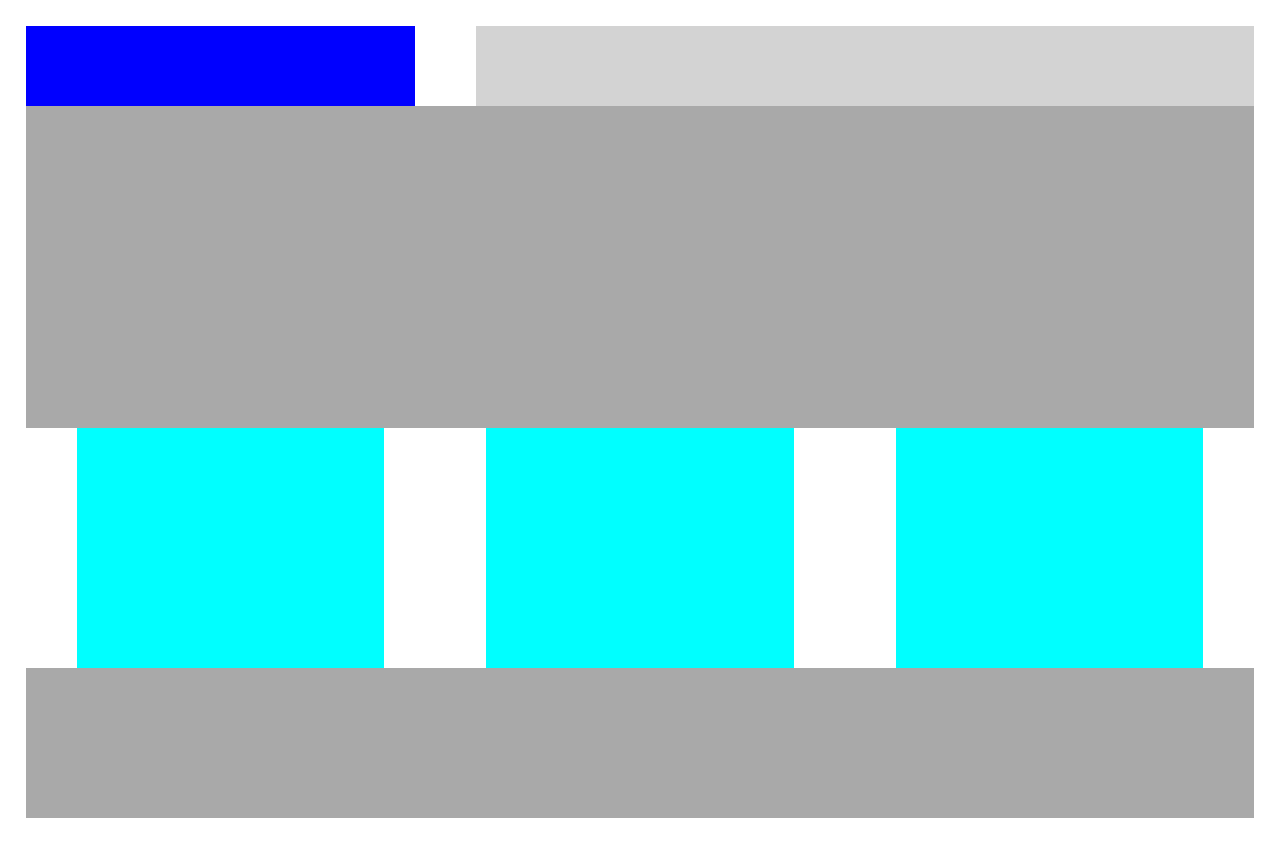
Repository: punitbathija/Placement-Assitance-iNeuron
Page: responsive-web-design.html
The author's editor kept a copy of each file at every save. The page is drawn from the files as they stood at one save, then again after a run of saves.
The browser window is 1280 px wide. The pictures show the whole page.

Above is the page before, as saved 2023-05-23 15:30:15.

After the next 2 saves:
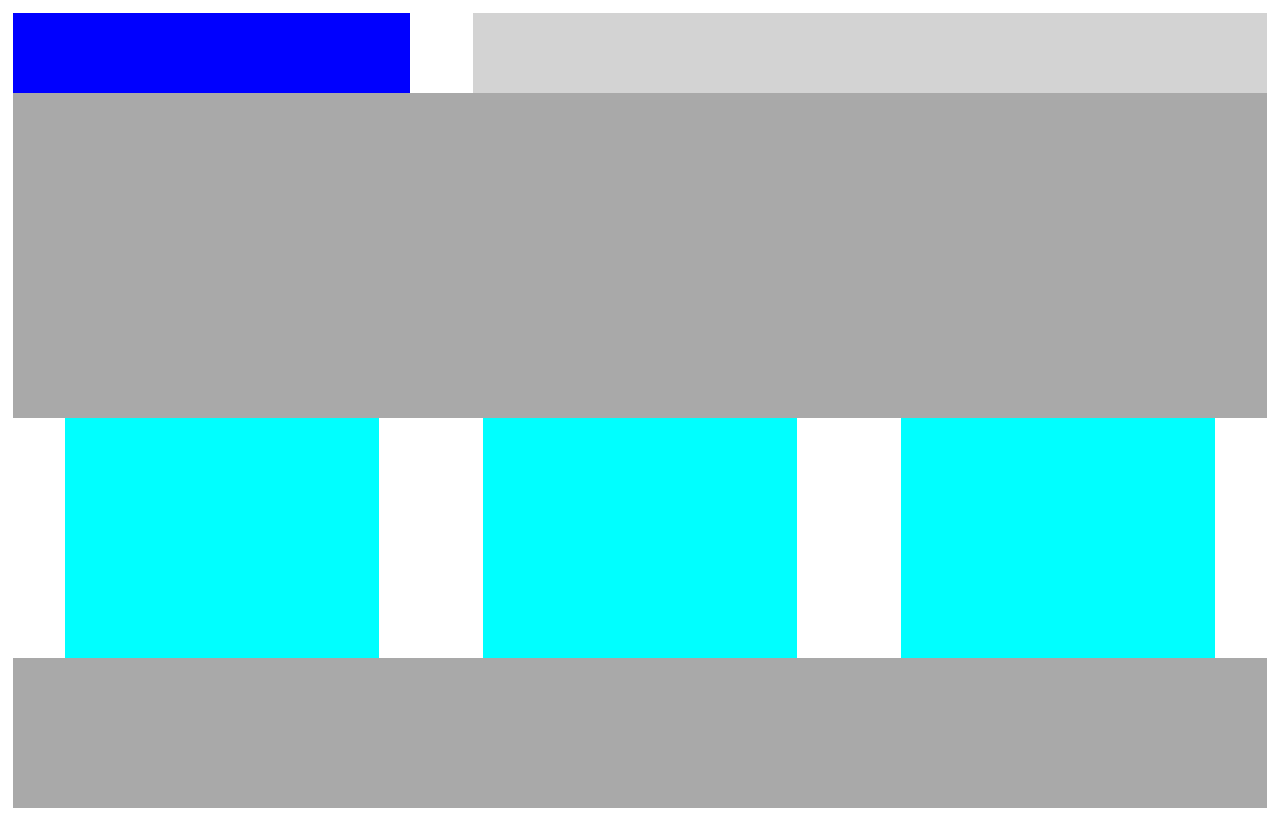
The 2 saves are shown as one change because they came seconds apart.
The last was saved 7 s later.
--- a/responsive-web-design.html
+++ b/responsive-web-design.html
@@ -9,8 +9,7 @@
         margin: 0;
         padding: 0;
         font-family: sans-serif;
-        padding: 2%;
-        gap: 30px;
+        padding: 1%;
       }
 
       .container {

After the save that followed:
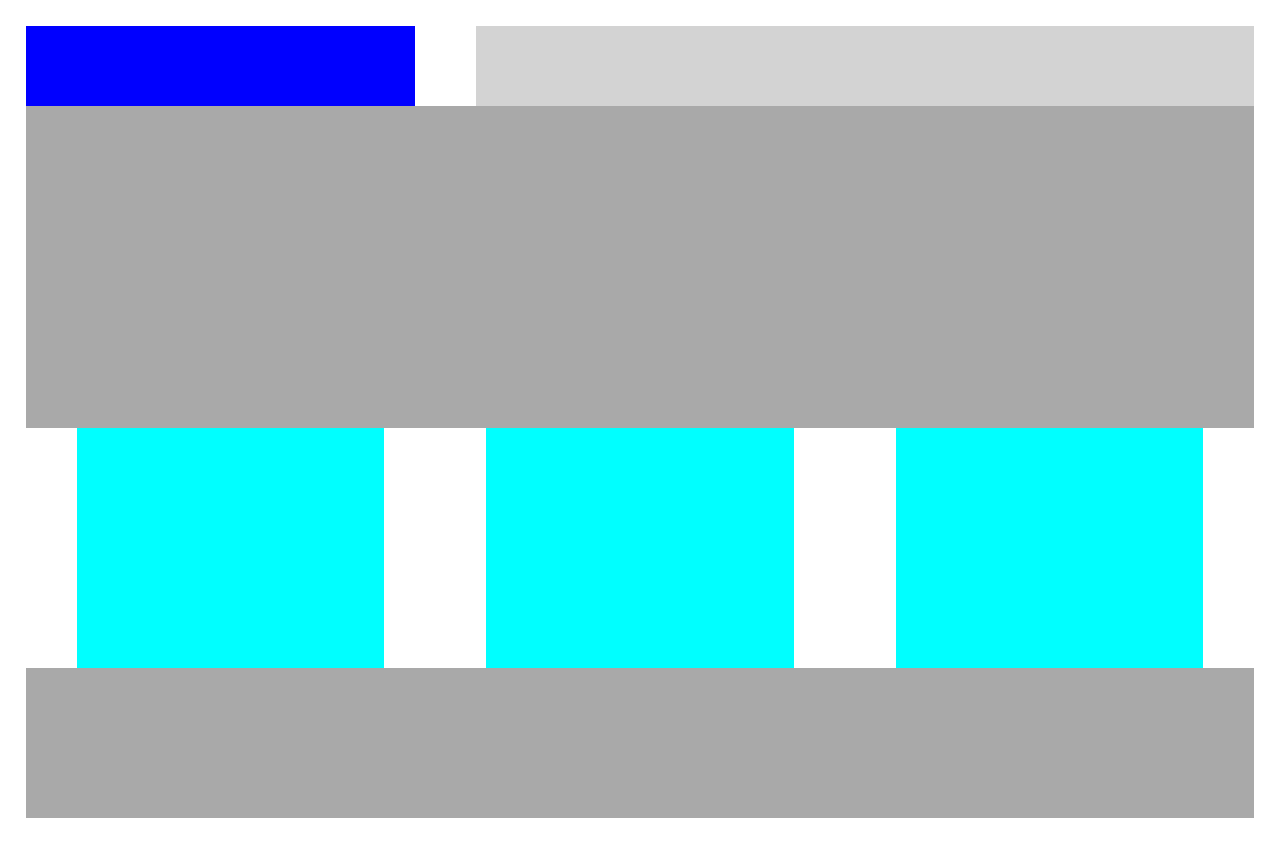
Saved 9 s later.
--- a/responsive-web-design.html
+++ b/responsive-web-design.html
@@ -9,7 +9,7 @@
         margin: 0;
         padding: 0;
         font-family: sans-serif;
-        padding: 1%;
+        padding: 2%;
       }
 
       .container {
